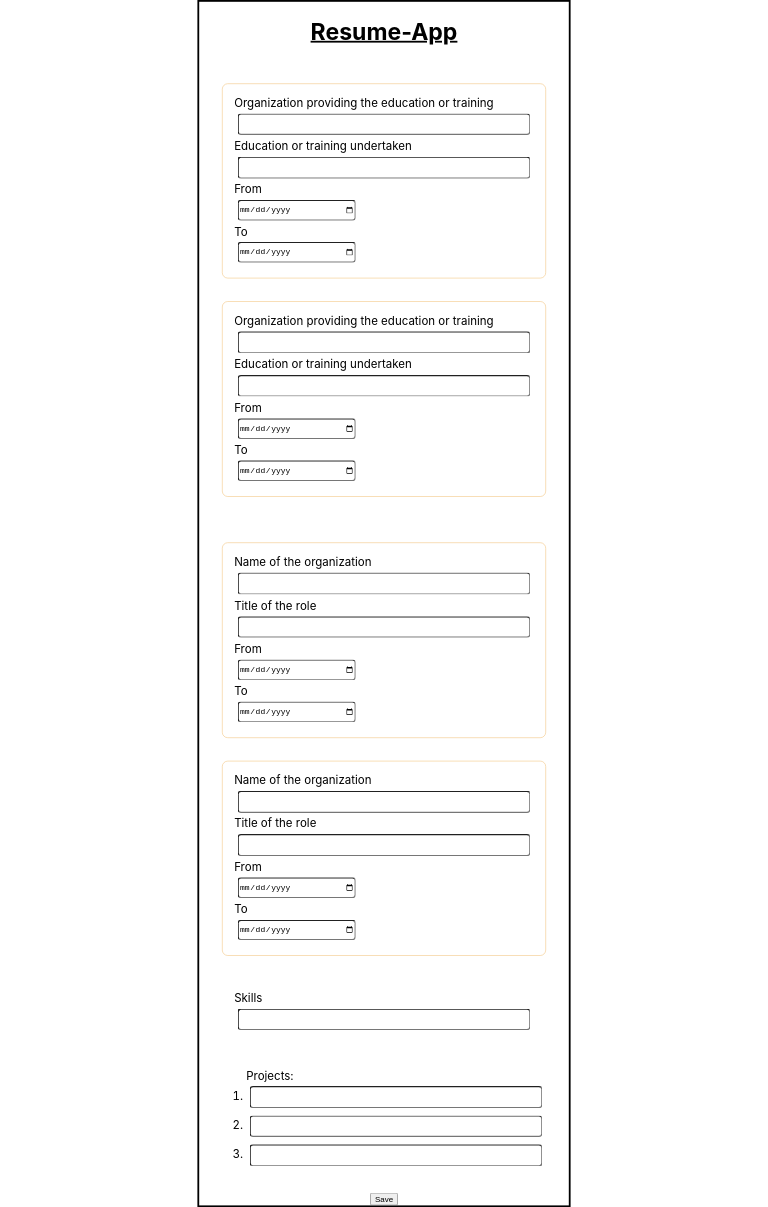
Repository: 0101chaitanya/resume-app
Page: /
An editor plug-in stored every save of this project. The page is shown before and after the next save, followed by the edit.
The browser window is 1280 px wide. The pictures show the whole page, at 60% of full size.
The project was rebuilt for these pictures with package versions that can differ from the ones it lists, and the page was loaded fresh each time.

Above is the page before, as saved 2021-07-28 17:45:30.

### src/App.js
import React, { useState, useEffect } from "react";
import logo from "./logo.svg";
import "./App.css";

function App() {
  const [state, setState] = useState({
    fullName: "",
    currentRole: "",
    address1: "",
    address2: "",
    about: "",
    phone: "",
    email: "",
    schoolName1: "",
    titleOfStudy1: "",
    from1: "",
    to1: "",

    schoolName2: "",
    titleOfStudy2: "",
    from2: "",
    to2: "",

    organizationName1: "",
    titleOfRole1: "",
    workedFrom1: "",
    workedTill1: "",

    organizationName2: "",
    titleOfRole2: "",
    workedFrom2: "",
    workedTill2: "",

    skills: "",

    project1: "",
    project2: "",
    project3: "",
  });
  useEffect(() => {
    console.log(state);
  });
  const onChange = (e) => {
    const { name, value } = e.target;
    setState({
      ...state,
      [name]: value,
    });
  };
  const handleSubmit = (e) => {
    localStorage.setItem("savedData", JSON.stringify(state));
    setState({
      fullName: "",
      currentRole: "",
      address1: "",
      address2: "",
      email: "",
      phone: "",
      about: "fsfesffsffsefsfsefes",
      schoolName1: "",
      titleOfStudy1: "",
      from1: "",
      to1: "",
      schoolName2: "",
      titleOfStudy2: "",
      from2: "",
      to2: "",
      organizationName1: "",
      titleOfRole1: "",
      workedFrom1: "",
      workedTill1: "",
      organizationName2: "",
      titleOfRole2: "",
      workedFrom2: "",
      workedTill2: "",
      skills: "",
      project1: "",
      project2: "",
      project3: "",
    });
    e.target.submit();
  };

  return (
    <div className="app">
      <header className="App-header">
        <h1>Resume-App</h1>
      </header>
      <form
        onSubmit={(e) => {
          e.preventDefault();
          handleSubmit(e);
        }}
      >
        <div className="section section2">
          <div className="edu1">
            <label htmlFor="schoolName1">
              Organization providing the education or training
              <input
                required
                id="schoolName1"
                name="schoolName1"
                onChange={onChange}
                value={state.schoolName1}
                type="text"
              />
            </label>
            <label htmlFor="titleOfStudy1">
              Education or training undertaken
              <input
                required
                id="titleOfStudy1"
                name="titleOfStudy1"
                onChange={onChange}
                value={state.titleOfStudy1}
                type="text"
              />
            </label>
            <label htmlFor="from1">
              From
              <input
                required
                id="from1"
                name="from1"
                onChange={onChange}
                value={state.from1}
                type="date"
              />
            </label>
            <label htmlFor="to1">
              To
              <input
                required
                id="to1"
                name="to1"
                onChange={onChange}
                value={state.to1}
                type="date"
              />
            </label>
          </div>
          <div className="edu2">
            <label htmlFor="schoolName2">
              Organization providing the education or training
              <input
                required
                id="schoolName2"
                name="schoolName2"
                onChange={onChange}
                value={state.schoolName2}
                type="text"
              />
            </label>
            <label htmlFor="titleOfStudy2">
              Education or training undertaken
              <input
                required
                id="titleOfStudy2"
                name="titleOfStudy2"
                onChange={onChange}
                value={state.titleOfStudy2}
                type="text"
              />
            </label>
            <label htmlFor="from2">
              From
              <input
                required
                id="from2"
                name="from2"
                onChange={onChange}
                value={state.from2}
                type="date"
              />
            </label>
            <label htmlFor="to2">
              To
              <input
                required
                id="to2"
                name="to2"
                onChange={onChange}
                value={state.to2}
                type="date"
              />
            </label>
          </div>
        </div>
        <div className="section section3">
          <div className="job1">
            <label htmlFor="organizationName1">
              Name of the organization
              <input
                required
                id="organizationName1"
                name="organizationName1"
                onChange={onChange}
                value={state.organizationName1}
                type="text"
              />
            </label>
            <label htmlFor="titleOfRole1">
              Title of the role
              <input
                required
                id="titleOfRole1"
                name="titleOfRole1"
                onChange={onChange}
                value={state.titleOfRole1}
                type="text"
              />
            </label>
            <label htmlFor="workedFrom1">
              From
              <input
                required
                id="workedFrom1"
                name="workedFrom1"
                onChange={onChange}
                value={state.workedFrom1}
                type="date"
              />
            </label>
            <label htmlFor="workedTill1">
              To
              <input
                required
                id="workedTill1"
                name="workedTill1"
                onChange={onChange}
                value={state.workedTill1}
                type="date"
              />
            </label>
          </div>
          <div className="job2">
            <label htmlFor="organizationName2">
              Name of the organization
              <input
                id="organizationName2"
                name="organizationName2"
                onChange={onChange}
                value={state.organizationName2}
                type="text"
              />
            </label>
            <label htmlFor="titleOfRole2">
              Title of the role
              <input
                id="titleOfRole2"
                name="titleOfRole2"
                onChange={onChange}
                value={state.titleOfRole2}
                type="text"
              />
            </label>
            <label htmlFor="workedFrom2">
              From
              <input
                id="workedFrom2"
                name="workedFrom2"
                onChange={onChange}
                value={state.workedFrom2}
                type="date"
              />
            </label>
            <label htmlFor="workedTill2">
              To
              <input
                id="workedTill2"
                name="workedTill2"
                onChange={onChange}
                value={state.workedTill2}
                type="date"
              />
            </label>
          </div>
        </div>
        <div className="section section4">
          <label htmlFor="skills">
            Skills
            <input
              required
              id="skills"
              name="skills"
              onChange={onChange}
              value={state.skills}
              type="text"
            />
          </label>
        </div>
        <div className="section section5">
          <ol>
            Projects:
            <li>
              <label htmlFor="project1">
                <input
                  required
                  id="project1"
                  name="project1"
                  onChange={onChange}
                  value={state.project1}
                  type="text"
                />
              </label>
            </li>
            <li>
              <label htmlFor="project2">
                <input
                  required
                  id="project2"
                  name="project2"
                  onChange={onChange}
                  value={state.project2}
                  type="text"
                />
              </label>
            </li>
            <li>
              <label htmlFor="project3">
                <input
                  id="project3"
                  name="project3"
                  onChange={onChange}
                  value={state.project3}
                  type="text"
                />
              </label>
            </li>
          </ol>
        </div>
        <button type="submit">Save</button>
      </form>
    </div>
  );
}

export default App;

### src/App.css
html {
  font-size: 1.2rem;
  font-weight: 400;
}
input {
  border-radius: 0.3rem;
  height: 1.6rem;
}
.app {
  margin: auto;
  display: flex;
  flex-direction: column;
  border: 0.2rem solid;
  width: fit-content;
  height: fit-content;
}

h1 {
  text-align: center;
  text-decoration: underline;
}
label {
  display: flex;
  flex-direction: column;
}
input[type="text"] {
  width: 25rem;
  margin: 0.3rem;
}
input[type="email"],
input[type="tel"] {
  width: 14rem;

  margin: 0.3rem;
}

input[type="date"] {
  width: 10rem;

  margin: 0.3rem;
}
.edu1,
.edu2,
.job1,
.job2 {
  margin: 1rem;
  padding: 1rem;
  border-radius: 0.5rem;
  border: 1px solid rgb(243, 200, 135);
}
.section {
  margin: 1rem;
  display: flex;
  flex-direction: column;
  justify-content: center;
}
form {
  display: flex;
  flex-direction: column;
  align-items: center;
}
button {
  justify-self: center;
}

### src/components/section1.js
import React, { useState } from "react";

export default function Section1(props) {
  const [state, setState] = useState({
    fullName: "",
    currentRole: "",
    address1: "",
    address2: "",
    about: "",
    phone: "",
    email: "",
  });
  return (
    <div className="section section1">
      <label htmlFor="fullName">
        Full Name
        <input
          required
          id="fullName"
          name="fullName"
          onChange={props.onChange}
          value={state.fullName}
          type="text"
        />
      </label>
      <label htmlFor="currentRole">
        Current Role
        <input
          required
          id="currentRole"
          name="currentRole"
          onChange={props.onChange}
          value={state.currentRole}
          type="text"
        />
      </label>
      <label htmlFor="address1">
        Address Field 1
        <input
          required
          id="address1"
          name="address1"
          onChange={props.onChange}
          value={state.address1}
          type="text"
        />
      </label>
      <label htmlFor="address2">
        Address Field 2
        <input
          required
          id="address2"
          name="address2"
          onChange={props.onChange}
          value={state.address2}
          type="text"
        />
      </label>
      <label htmlFor="email">
        Email
        <input
          required
          id="email"
          name="email"
          onChange={props.onChange}
          value={state.email}
          type="email"
        />
      </label>
      <label htmlFor="phone">
        Phone
        <input
          required
          id="phone"
          name="phone"
          onChange={props.onChange}
          value={state.phone}
          type="tel"
        />
      </label>
      <label htmlFor="about">
        About
        <textarea
          rows={3}
          id="about"
          name="about"
          onChange={props.onChange}
          value={state.about}
        />
      </label>
    </div>
  );
}

Loaded but not shown: public/index.html (common file); src/index.js (common file); src/index.css (common file); src/reportWebVitals.js (common file)

After the next save:
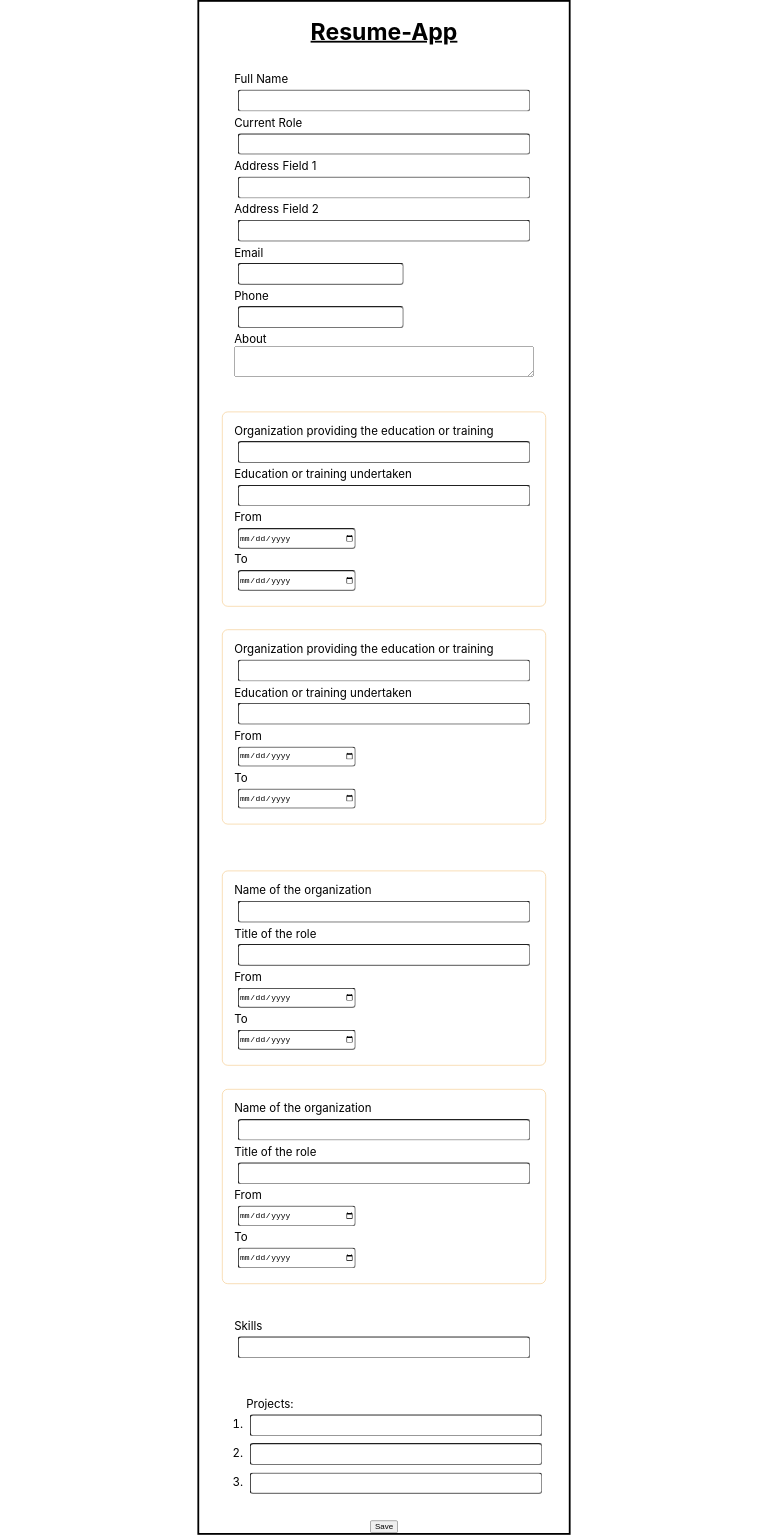
Saved 55 s later.
--- a/src/App.js
+++ b/src/App.js
@@ -1,7 +1,7 @@
 import React, { useState, useEffect } from "react";
 import logo from "./logo.svg";
 import "./App.css";
-
+import Section1 from "./components/section1";
 function App() {
   const [state, setState] = useState({
     fullName: "",
@@ -92,6 +92,7 @@ function App() {
           handleSubmit(e);
         }}
       >
+        <Section1 onChange={onChange} />
         <div className="section section2">
           <div className="edu1">
             <label htmlFor="schoolName1">
